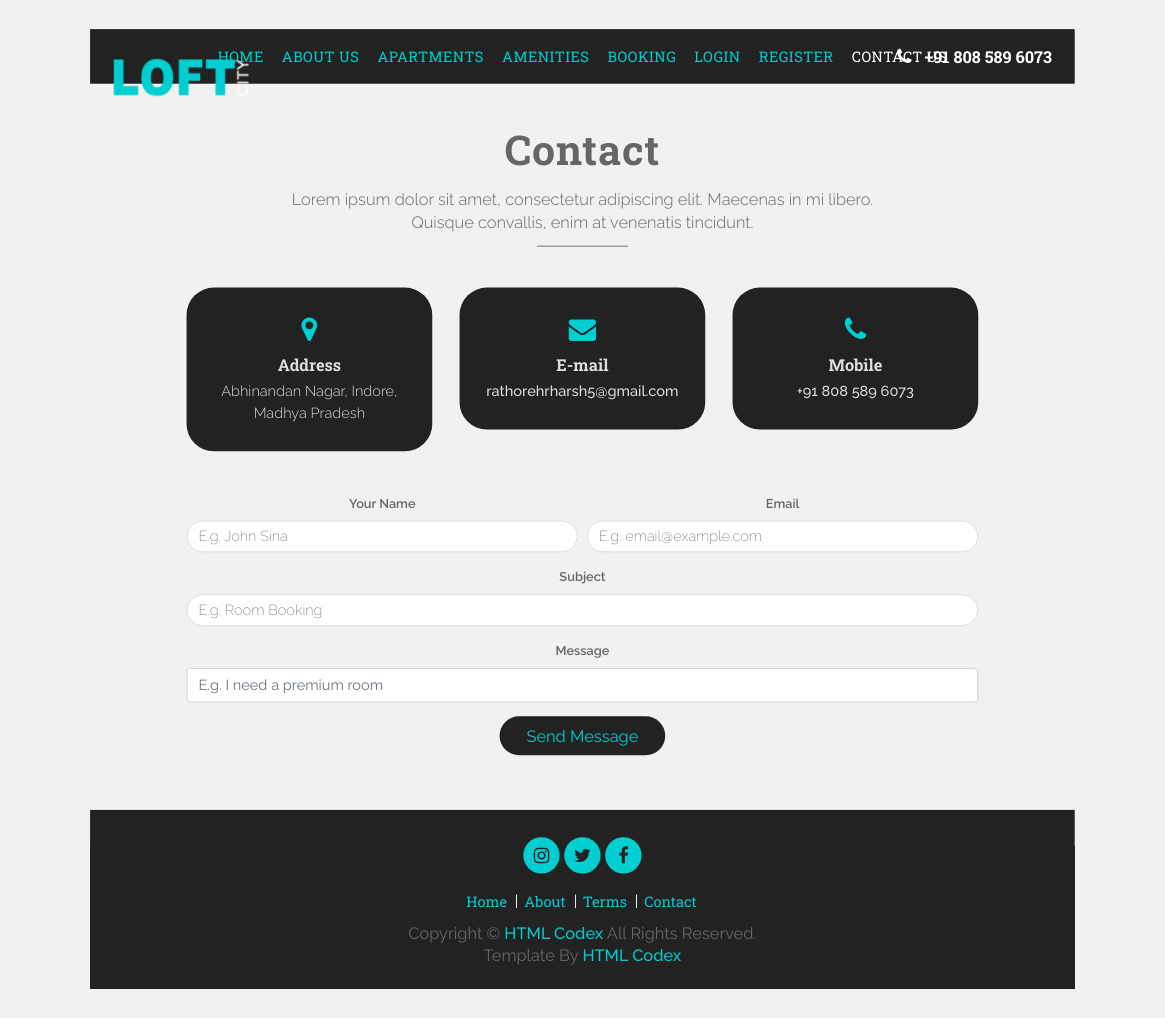
Repository: harshrathore123/ReactPractice
Page: /contact (app in RevFullStack/frontend/)
An editor plug-in stored every save of this project. The page is shown before and after the next save, followed by the edit.
The browser window is 1280 px wide. The pictures show the whole page, at 91% of full size.
The project was rebuilt for these pictures with package versions that can differ from the ones it lists, and the page was loaded fresh each time. Also part of the build but not shown: RevFullStack/frontend/vite.config.js, RevFullStack/frontend/src/component/Aminities.jsx, RevFullStack/frontend/src/component/Booking.jsx, RevFullStack/frontend/src/component/CallUs.jsx, RevFullStack/frontend/src/component/Header.jsx, RevFullStack/frontend/src/component/SearchBar.jsx, RevFullStack/frontend/src/component/Room.jsx, RevFullStack/frontend/src/component/Subscribe.jsx and 10 more.

Above is the page before, as saved 2025-10-19 14:14:44.

After the next save:
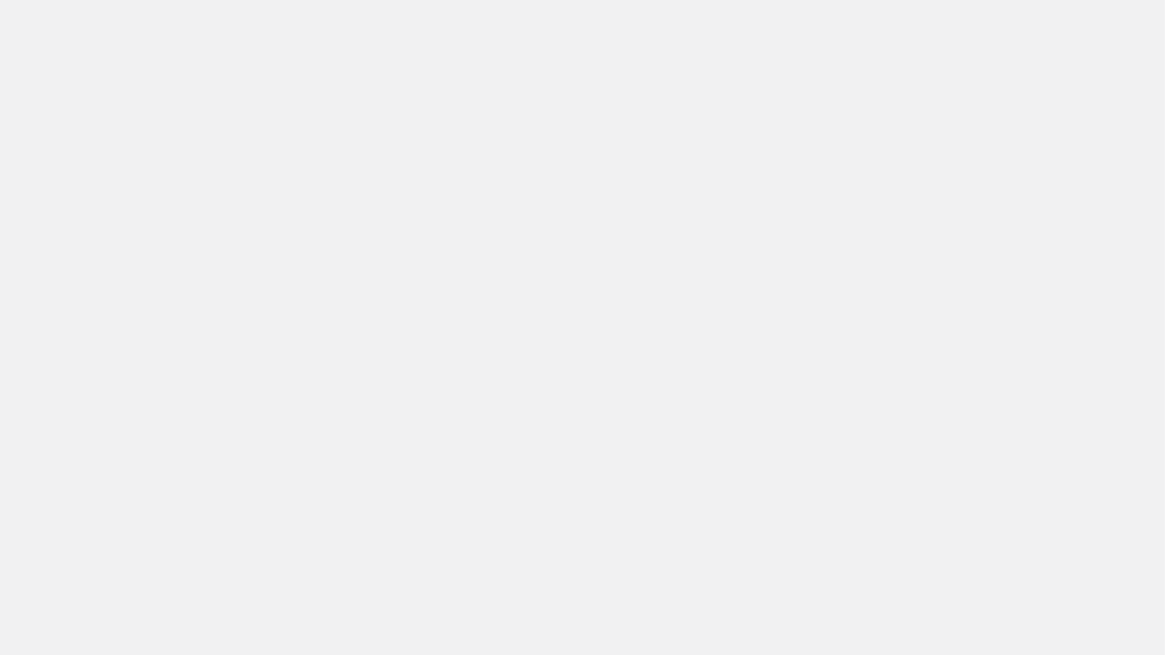
Console error: ReferenceError: addContactDetail is not defined
Saved 19 s later.
--- a/RevFullStack/frontend/src/page/Contact.jsx
+++ b/RevFullStack/frontend/src/page/Contact.jsx
@@ -83,7 +83,7 @@ export default function Contact(){
                                     class="form-control" id="message" rows="5" placeholder="E.g. I need a premium room" required="required" data-validation-required-message="Please enter your message"/>
                                     <p class="help-block text-danger"></p>
                                 </div>
-                                <div class="button"><button type="submit" id="sendMessageButton">Send Message</button></div>
+                                <div class="button"><button onClick={addContactDetail} type="submit" id="sendMessageButton">Send Message</button></div>
                             </form>
                         </div>
                     </div>

After the 2 saves that followed:
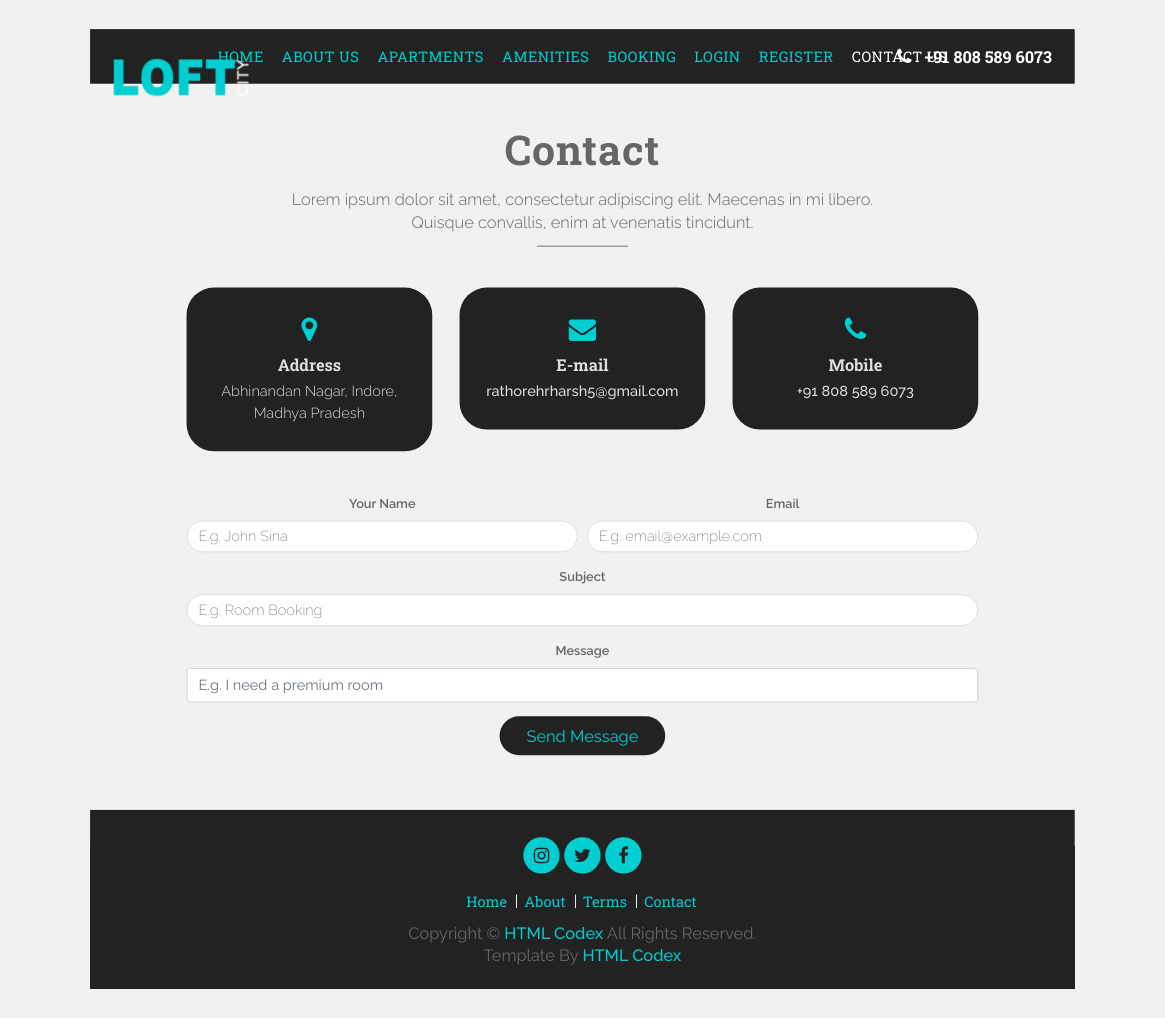
The error is gone.
The 2 saves are shown as one change because they came seconds apart.
The last was saved 40 s later.
--- a/RevFullStack/frontend/src/page/Contact.jsx
+++ b/RevFullStack/frontend/src/page/Contact.jsx
@@ -8,6 +8,10 @@ export default function Contact(){
         subject:"",
         Message:""
     })
+
+    const addContactDetail = () =>{
+        localStorage.setItem('contactus_detail',contactusdata);
+    }
     return(
         <>
                 {/* <!-- Contact Section Start --> */}
